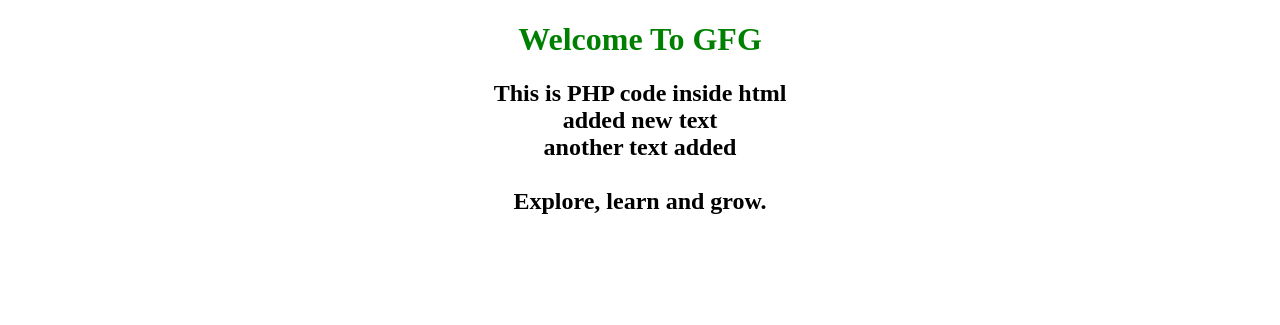
Repository: slevin2002/phpprojectgh
Page: http://localhost/example1.php
An editor plug-in stored every save of this project. The page is shown before and after a run of saves, followed by the edit.
The browser window is 1280 px wide. The pictures show the whole page.
The page is run by PHP 8.4 with error messages shown; the project is at /var/www/html/.

Above is the page before, as saved 2022-12-14 11:09:57.

### example1.php
<!DOCTYPE html>
<html>

<head>
	<style>
		h1 {
			color: green;
		}
	</style>
</head>

<body>
	<center>
		<h1>Welcome To GFG</h1>

		<h2>
			<?php
			echo "This is PHP code inside html<br>";
			echo "added new text<br>";
			echo "another text added";
			?>
			    <br><br>
        <?php
        echo 'Explore, learn and grow.'
        ?>
		</h2>
	</center>
</body>

</html>

After the next 5 saves:
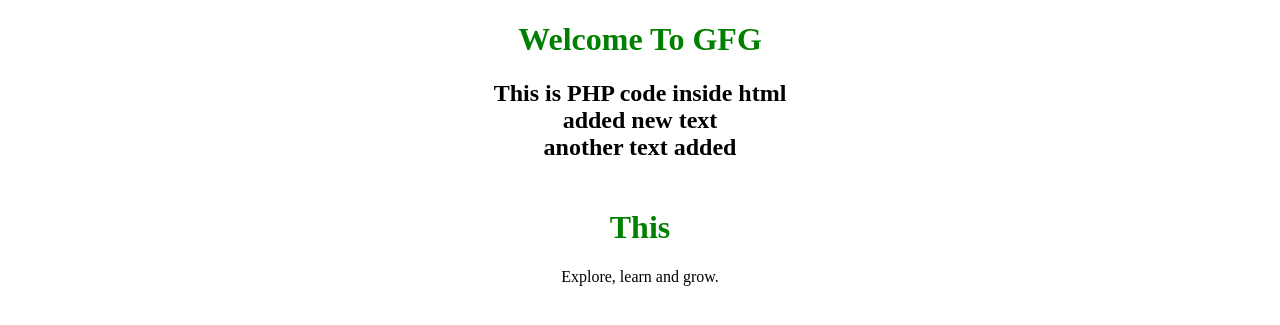
The 5 saves are shown as one change because they came seconds apart.
The last was saved 90 s later.
--- a/example1.php
+++ b/example1.php
@@ -20,6 +20,7 @@
 			echo "another text added";
 			?>
 			    <br><br>
+				<h1>This </h1>
         <?php
         echo 'Explore, learn and grow.'
         ?>
